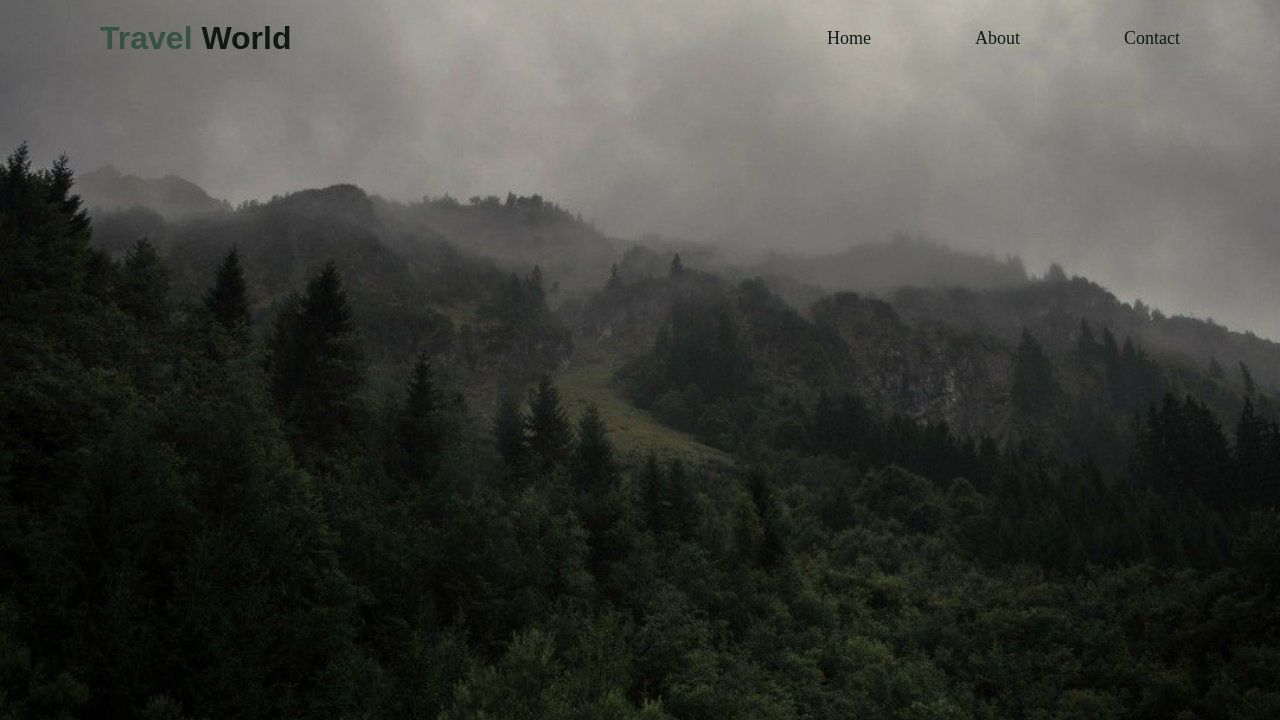
Repository: Haakim19/TravelWorld
Page: html/index.html
These files come from the project's save history. The page is drawn as it stood at one moment and after the next save; the edit follows.
The browser window is 1280 px wide. The pictures show the whole page.

Above is the page before, as saved 2024-10-30 23:49:50.

### html/index.html
<!DOCTYPE html>
<html lang="en">
<head>
    <meta charset="UTF-8">
    <meta name="viewport" content="width=device-width, initial-scale=1.0">
    <title>Travel World</title>
    <link rel="stylesheet" href="../css/main.css">
</head>
<body>
    <header class="header">
        <h1 class="name">Travel <span>World</span></h1>
        <nav class="navbar">
                <a href="#">Home</a>
                <a href="#">About</a>
                <a href="#">Contact</a>
        </nav>
    </header>
    <!-- <img src="../assets/mirissa.jpg" alt=""> -->
    <!-- <div class="main-content">
        <div class="content">
            <h1>Sri Lanka</h1>
            <h2>Uncover the Wonders of the Pearl Island!</h2>
            <p>Discover the essence of Sri Lanka with a team that knows every hidden gem and iconic wonder! Our mission is to turn your trip into a blend of relaxation, excitement, and cultural discovery. From misty highlands and golden shores to rich heritage sites, our custom tours celebrate Sri Lanka’s breathtaking diversity. Get ready to make memories you’ll cherish forever as we take care of every detail for a truly magical journey!</p>
        </div>
        <div class="hover-card">
            <div id="card1">
                <div id="image-slider">
                    <img src="../assets/arugam bay.jpg" alt="">
                </div>
                <div id="card-content">
                    <h3><B>Pristine Beaches</B></h3>
                    <p> Golden sands and crystal-clear waters perfect for relaxation and water sports.</p>
                </div>
            </div>
            <div id="card2">
                <div id="image-slider">
                    <img src="../assets/teafeald.avif" alt="teafeald">
                    <img src="../assets/teafeald2.avif" alt="teafeald">
                </div>
                <div id="card-content">
                    <h3><B>Lush Tea Plantations</B></h3>
                    <p> Explore scenic hillsides and savor world-renowned Ceylon tea.</p>
                </div>
            </div>
            <div id="card3">
                <div id="image-slider">
                    <img src="../assets/temple.jpg" alt="temple">
                    <img src="../assets/ruins.webp" alt="">
                    <img src="../assets/temple3.jpg" alt="">
                </div>
                <div id="card-content">
                    <h3><B>Ancient Temples & Ruins</B></h3>
                    <p> Dive into a rich history with UNESCO heritage sites and sacred relics.</p>
                </div>
            </div>
            <div id="card4">
                <div id="image-slider">
                    <img src="../assets/yala.jpg" alt="">
                    <img src="../assets/wildlife.webp" alt="">
                    <img src="../assets/wildlife02.jpg" alt="">
                    <img src="../assets/wildlife04.jpg" alt="">
                </div>
                <div id="card-content">
                    <h3><B>Wildlife Safaris</B></h3>
                    <p> Encounter elephants, leopards, and exotic birds in diverse national parks.</p>
                </div>
            </div>
            <div id="card5">
                <div id="image-slider">
                    <img src="../assets/Ella02.jpg" alt="Ella">
                    <img src="../assets/Hanthana.jpg" alt="">
                    <img src="../assets/mountains02.jpg" alt="">
                </div>
                <div id="card-content">
                    <h3><B>Mountain Escapes</B></h3>
                    <p> Misty highlands with waterfalls, hiking trails, and cool climates.</p>
                </div>
            </div>
            <div id="card6">
                <div id="image-slider">
                    <img src="../assets/festivel.jpg" alt="">
                    <img src="../assets/festivel02.jpg" alt="">
                </div>
                <div id="card-content">
                    <h3><B>Cultural Festivals</B></h3>
                    <p> Vibrant celebrations showcasing traditional dance, music, and customs.</p>
                </div>
            </div>
            <div id="card7">
                <div id="image-slide">
                    <img src="../assets/cuisine.jpeg" alt="">
                    <img src="../assets/cuisine02.jpeg" alt="">
                    <img src="../assets/cuisine03.jpg" alt="">

                </div>
                <div id="card-content">
                    <h3><B>Flavorful Cuisine</B></h3>
                    <p> Delight in spicy curries, fresh seafood, and tropical fruits.</p>
                </div>
            </div>

        </div>
    </div>
    <div class="footer">
        <div id="icon">
            <img src="../assets/twitter.png" alt="twitter">
            <img src="../assets/facebook.png" alt="facebook">
            <img src="../assets/instagram.png" alt="instagram">
            <img src="../assets/whatsapp.png" alt="whatsapp">
        </div>
    </div> -->
</body>
</html>

### css/main.css
*{
    --color1: #101916;
    --color2:#355245;
    --color3:#afc186;
    --color4:#648374;
    --color5:#e3e5d8;
    --font01:Marker Felt, fantasy;
    --font02:cursive;
    --font03:DejaVu Sans Mono, monospace;
    --font04:Comic Sans MS, cursive;
    margin: 0;
    padding: 0;
    box-sizing: border-box;
}
body{
    min-height: 100vh;
    /* background: url('https://i.pinimg.com/564x/c7/36/f8/c736f83436d84ddc039fe42de40c8ec7.jpg'); */
    background:url('../assets/bg.jpg') no-repeat;
    background-size: cover;
    background-position: center;
}
.header{
    position: fixed;
    top: 0;
    left: 0;
    width: 100%;
    padding: 20px 100px;
    display: flex;
    background:transparent;
    justify-content:space-between;
    align-items: center;
    z-index: 100;
}
.name{
    font-family: "poppins", sans-serif;
    font-size: 32px;
    color: var(--color2);
    text-decoration: none;
    font-weight: 700;
}
.name span{
    color: var(--color1);
}
.navbar a{
    position: relative;
    font-size: 18px;
    color: var(--color1);
    text-decoration: none;
    font-weight: 500;
    margin-left: 100px;
}
.navbar a::before{
    content: '';
    position: absolute;
    top: 100%;
    width: 0;
    left: 0;
    height: 2.5px;
    border-radius:100%;
    background: var(--color1);
}
.navbar a:hover::before{
    width: 100%;
    transition: 0.3s;
}
/* div #hedding{
    display: flex;;
    align-items: center;
    justify-content: center;
    padding: 40px;
    padding-left: 20px;
    padding-right: 20px;
}
#hedding h1{
    color: var(--color5);
    font-family: var(--font04);
    font-size: 35px;
    flex: content;
    gap: -20px;
    padding-left: 10%;
    padding-right: 10%;
}
#hedding span{
    color: var(--color1);
}
nav{
    display: flex;
    align-items: center;
    justify-content:center;
    word-spacing: 5px;
    gap: 100px;
    padding-left: 10%;
    padding-right: 10%;
}
nav ul li{
    list-style-type: none;
    display: inline-block;
    padding: 10px 20px;
}
nav ul li a{
    color: var(--color3);
    text-decoration: none;
    font-weight: bold;
    color: var(--color5);
    font-size: 20px;
    font-family: var(--font03);
}
nav ul li a:hover{
    color: var(--color1);
    transition: 0.3s;
}  */

After the next save:
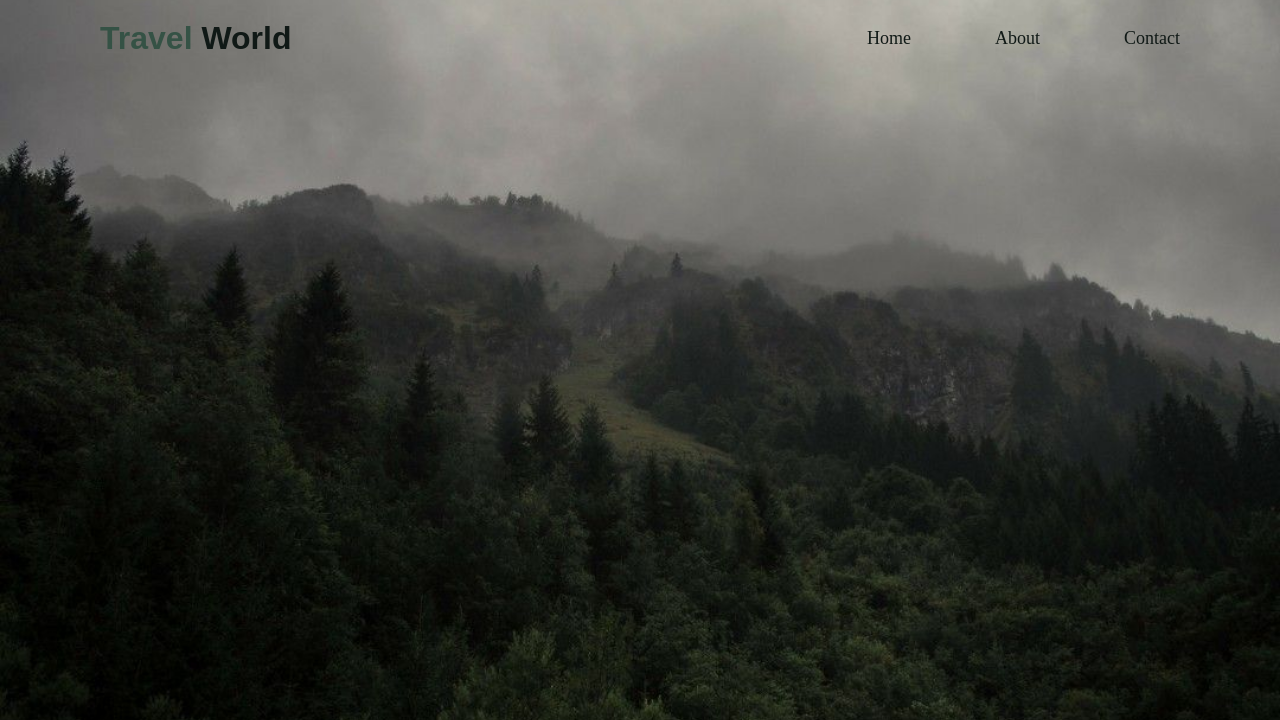
Saved 17 s later.
--- a/css/main.css
+++ b/css/main.css
@@ -47,7 +47,7 @@ body{
     color: var(--color1);
     text-decoration: none;
     font-weight: 500;
-    margin-left: 100px;
+    margin-left: 80px;
 }
 .navbar a::before{
     content: '';
